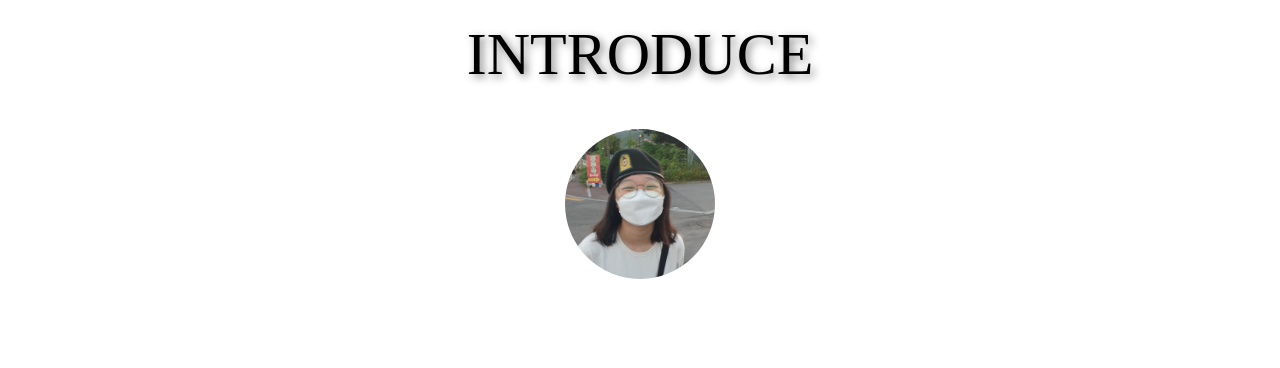
Repository: papav-hub/Web_Study
Page: ChoiHyeMin_reg/src/main/webapp/introduce.html
These files come from the project's save history. The page is drawn as it stood at one moment and after the next save; the edit follows.
The browser window is 1280 px wide. The pictures show the whole page.

Above is the page before, as saved 2021-10-03 19:04:58.

After the next save:
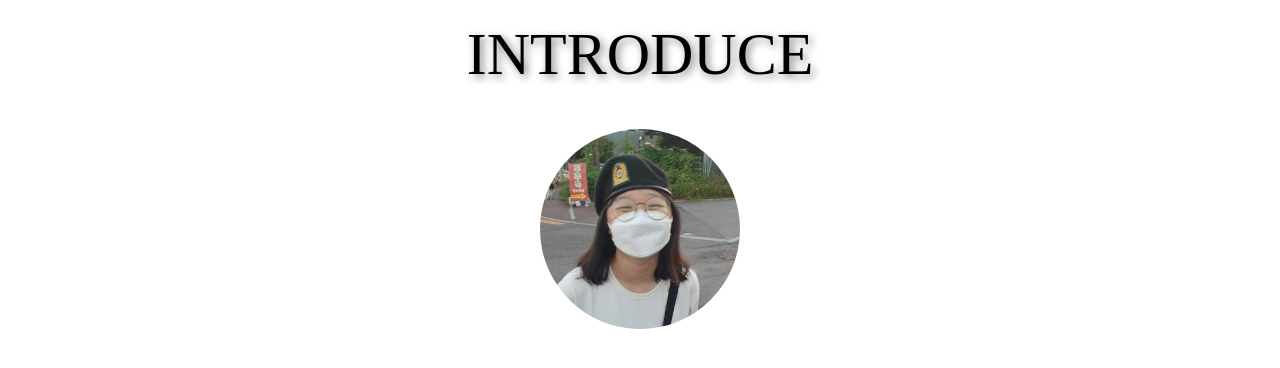
Saved 22 s later.
--- a/ChoiHyeMin_reg/src/main/webapp/introduce.html
+++ b/ChoiHyeMin_reg/src/main/webapp/introduce.html
@@ -4,8 +4,8 @@
 <style>
 	.box
 	{
-    width: 150px;
-    height: 150px;
+    width: 200px;
+    height: 200px;
     border-radius: 70%;
     overflow: hidden;
 	}
